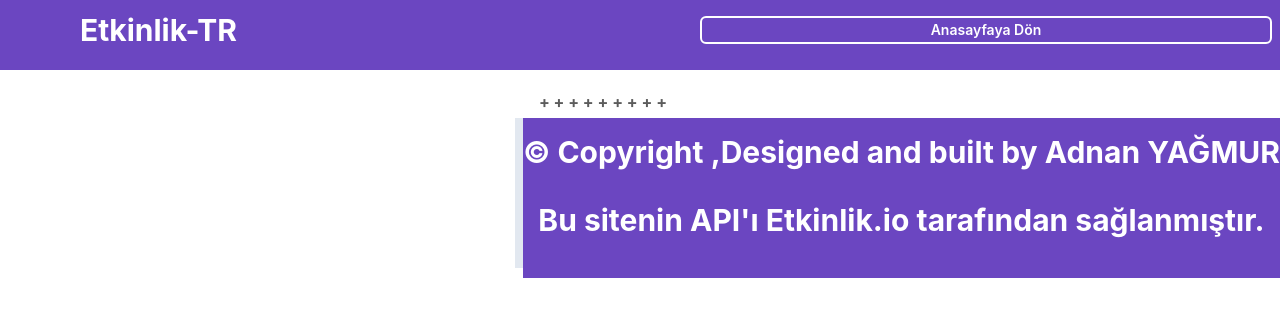
Repository: adnanyagmur/EtsTur-FrontEnd-Hiring-Challange
Page: /detailPage
The author's editor kept a copy of each file at every save. The page is drawn from the files as they stood at one save, then again after the next save.
The browser window is 1280 px wide. The pictures show the whole page.
The project was rebuilt for these pictures with package versions that can differ from the ones it lists, and the page was loaded fresh each time. Also part of the build but not shown: src/index.css, src/components/eventList/EventList.jsx, src/components/hompage/HomePage.jsx, src/pastApi/json.js, src/components/pastEventList/PastList.jsx.

Above is the page before, as saved 2022-06-21 21:51:42.

After the next save:
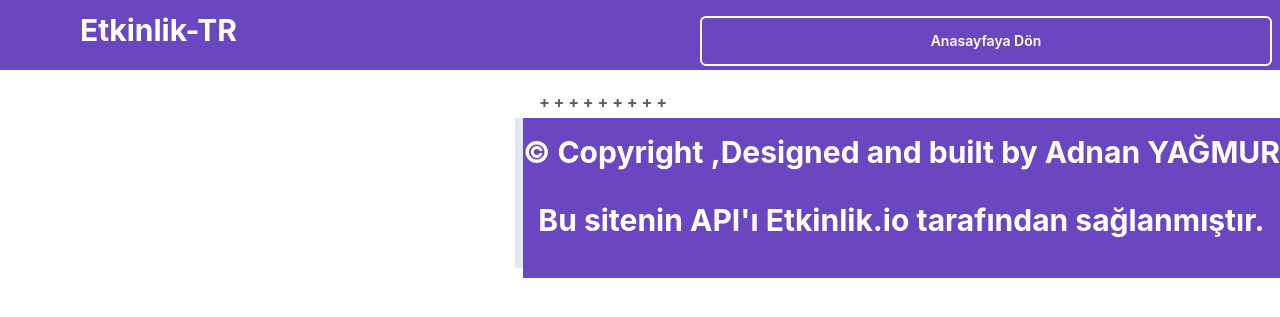
Saved 8 s later.
--- a/src/components/detailPage/DetailPage.jsx
+++ b/src/components/detailPage/DetailPage.jsx
@@ -47,7 +47,7 @@
             <SimpleGrid columns={[null, 2]} spacing='40px'>
               <Text as='span' fontSize='3xl' >Etkinlik-TR</Text>
 
-              <Button bg='purple.600' h="50px" mr='2' h='1.75rem' size='sm' mt="2" border='2px' borderColor='white' onClick={handleClick} >
+              <Button bg='purple.600' h="50px" mr='2'  size='sm' mt="2" border='2px' borderColor='white' onClick={handleClick} >
                Anasayfaya Dön
               </Button>
             </SimpleGrid>

After the save that followed:
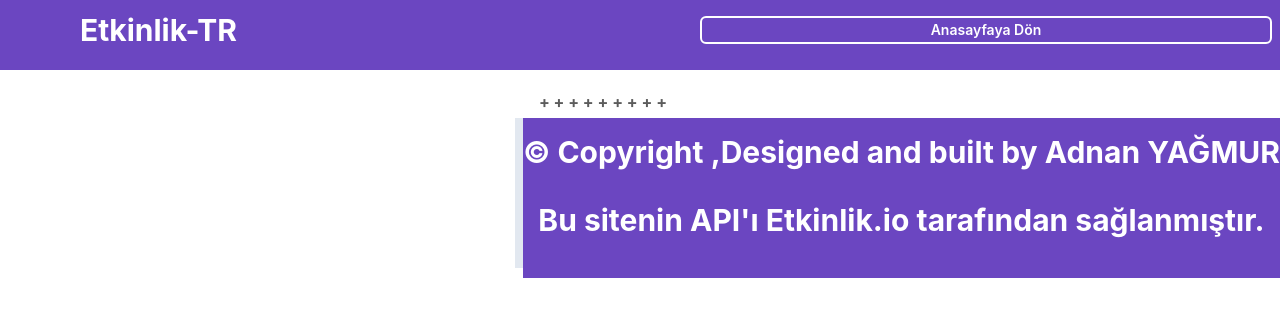
Saved 15 s later.
--- a/src/components/detailPage/DetailPage.jsx
+++ b/src/components/detailPage/DetailPage.jsx
@@ -47,7 +47,7 @@
             <SimpleGrid columns={[null, 2]} spacing='40px'>
               <Text as='span' fontSize='3xl' >Etkinlik-TR</Text>
 
-              <Button bg='purple.600' h="50px" mr='2'  size='sm' mt="2" border='2px' borderColor='white' onClick={handleClick} >
+              <Button bg='purple.600' h mr='2' h='1.75rem' size='sm' mt="2" border='2px' borderColor='white' onClick={handleClick} >
                Anasayfaya Dön
               </Button>
             </SimpleGrid>
